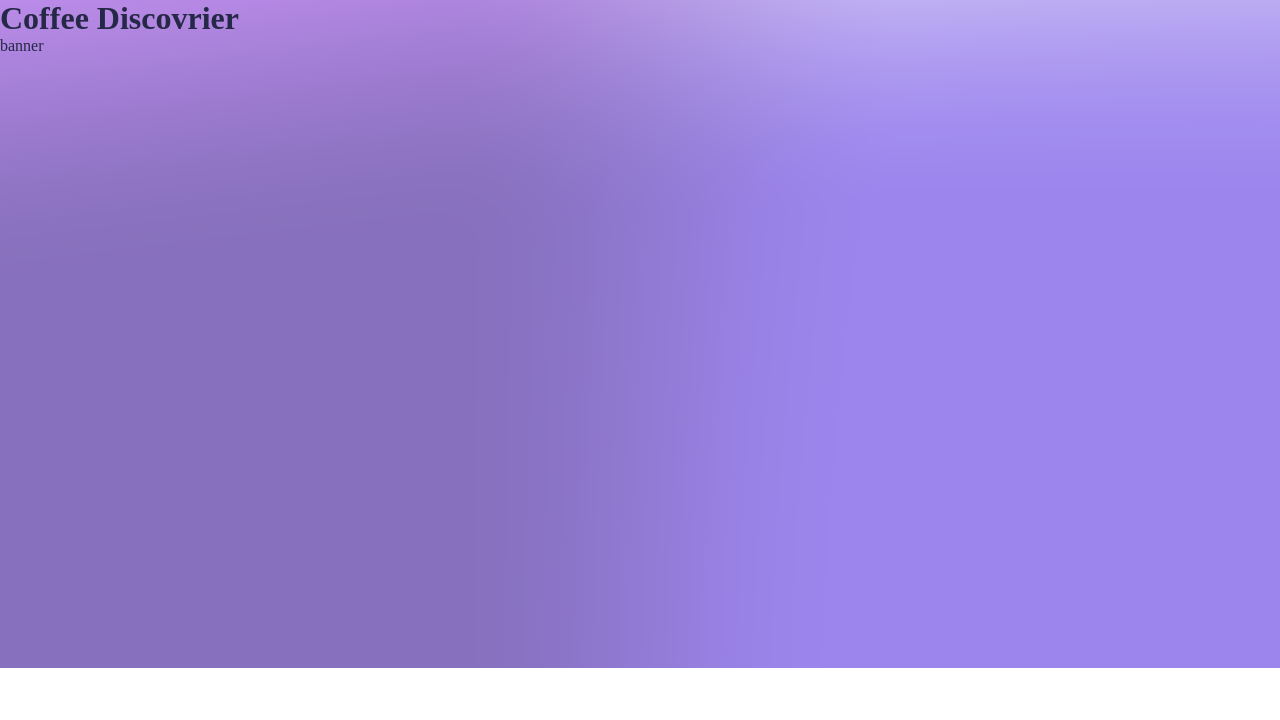
Repository: Tomiogunsan/Coffee-Discourier
Page: /
An editor plug-in stored every save of this project. The page is shown before and after the next save, followed by the edit.
The browser window is 1280 px wide. The pictures show the whole page.
The project was rebuilt for these pictures with package versions that can differ from the ones it lists, and the page was loaded fresh each time. The framework's server and built-in components were replaced by stand-ins that run in the browser. Also part of the build but not shown: next.config.js.

Above is the page before, as saved 2023-02-14 18:17:53.

After the next save:
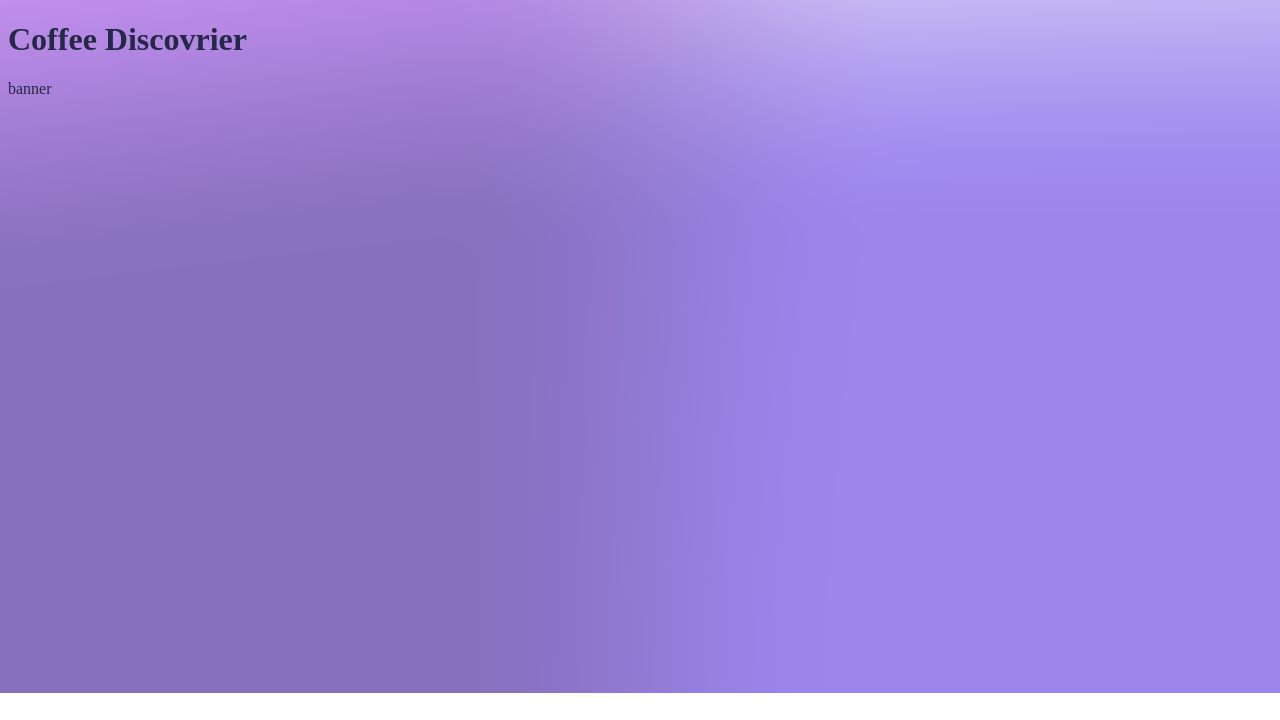
Saved 4 s later.
--- a/styles/globals.css
+++ b/styles/globals.css
@@ -1,24 +1,4 @@
-:root {
-  --max-width: 1100px;
-  --border-radius: 12px;
-  --font-mono: ui-monospace, Menlo, Monaco, 'Cascadia Mono', 'Segoe UI Mono',
-    'Roboto Mono', 'Oxygen Mono', 'Ubuntu Monospace', 'Source Code Pro',
-    'Fira Mono', 'Droid Sans Mono', 'Courier New', monospace;
 
-
-
-}
-
-
-
-
-
-
-* {
-  box-sizing: border-box;
-  padding: 0;
-  margin: 0;
-}
 body {
   color: rgb(var(--foreground-rgb));
   background:
